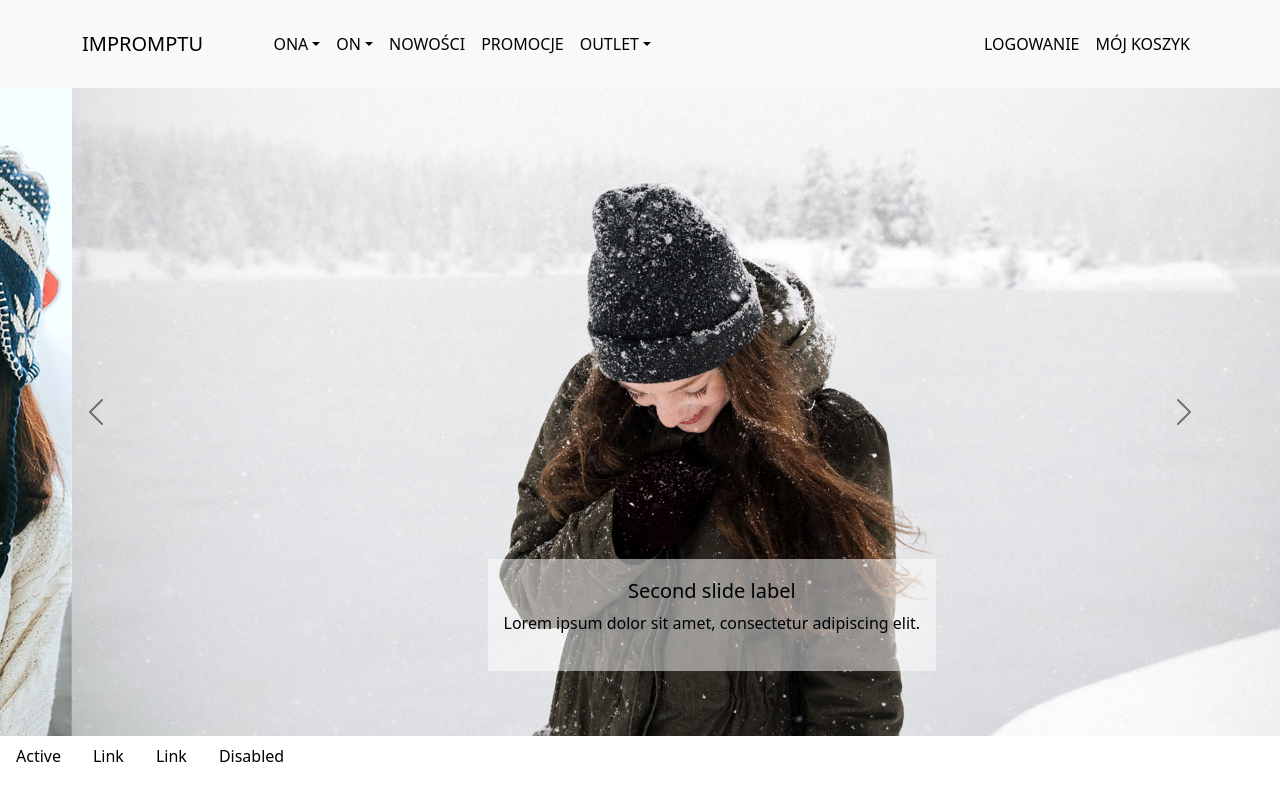
Repository: michalgornicki/Impromptu
Page: /
The author's editor kept a copy of each file at every save. The page is drawn from the files as they stood at one save, then again after a run of saves.
The browser window is 1280 px wide. The pictures show the whole page.
The project was rebuilt for these pictures with package versions that can differ from the ones it lists, and the page was loaded fresh each time.

Above is the page before, as saved 2021-12-23 13:15:20.

### src/App.jsx
import React from "react";
import "./App.css";
import "bootstrap/dist/css/bootstrap.min.css";
import Container from "react-bootstrap/Container";
import Navbar from "react-bootstrap/Navbar";
import Nav from "react-bootstrap/Nav";
import NavDropdown from "react-bootstrap/NavDropdown";
import Carousel from "react-bootstrap/Carousel";
import photo1 from "./1.jpg";
import photo2 from "./2.jpg";
import photo3 from "./3.jpg";
import photo4 from "./4.jpg";
import photo5 from "./5.jpg";

function App() {
  return (
    <p>
      <Navbar
        collapseOnSelect
        expand="lg"
        bg="light"
        variant="light"
        className="py-4 display-7 text-dark"
      >
        <Container>
          <Navbar.Brand href="#home" className="w-15">IMPROMPTU</Navbar.Brand>
          <Navbar.Toggle aria-controls="responsive-navbar-nav" />
          <Navbar.Collapse id="responsive-navbar-nav">
            <Nav className="me-auto">
              <NavDropdown title="ONA" id="collasible-nav-dropdown">
                <NavDropdown.Item href="#action/3.1">Action</NavDropdown.Item>
                <NavDropdown.Item href="#action/3.2">
                  Another action
                </NavDropdown.Item>
                <NavDropdown.Item href="#action/3.3">
                  Something
                </NavDropdown.Item>
                <NavDropdown.Divider />
                <NavDropdown.Item href="#action/3.4">
                  Separated link
                </NavDropdown.Item>
              </NavDropdown>
              <NavDropdown title="ON" id="collasible-nav-dropdown">
                <NavDropdown.Item href="#action/3.1">Action</NavDropdown.Item>
                <NavDropdown.Item href="#action/3.2">
                  Another action
                </NavDropdown.Item>
                <NavDropdown.Item href="#action/3.3">
                  Something
                </NavDropdown.Item>
                <NavDropdown.Divider />
                <NavDropdown.Item href="#action/3.4">
                  Separated link
                </NavDropdown.Item>
              </NavDropdown>
              <Nav.Link href="#pricing">NOWOŚCI</Nav.Link>
              <Nav.Link href="#pricing">PROMOCJE</Nav.Link>
              <NavDropdown title="OUTLET" id="collasible-nav-dropdown">
                <div className="flex flex-column">
                  <div className="container">
                <NavDropdown.Item href="#action/3.1">Action</NavDropdown.Item>
                <NavDropdown.Item href="#action/3.2">
                  Another action
                </NavDropdown.Item>
                <NavDropdown.Item href="#action/3.3">
                  Something
                </NavDropdown.Item>
                <NavDropdown.Divider />
                <NavDropdown.Item href="#action/3.4">
                  Separated link
                </NavDropdown.Item>
                </div>
                <div className="container">
                <NavDropdown.Item href="#action/3.1">Action</NavDropdown.Item>
                <NavDropdown.Item href="#action/3.2">
                  Another action
                </NavDropdown.Item>
                <NavDropdown.Item href="#action/3.3">
                  Something
                </NavDropdown.Item>
                <NavDropdown.Divider />
                <NavDropdown.Item href="#action/3.4">
                  Separated link
                </NavDropdown.Item>
                </div>
                </div>
              </NavDropdown>
            </Nav>
            <Nav>
              <Nav.Link href="#deets">LOGOWANIE</Nav.Link>
              <Nav.Link href="#memes">MÓJ KOSZYK</Nav.Link>
            </Nav>
          </Navbar.Collapse>
        </Container>
      </Navbar>

      <Carousel variant="dark" indicators={false}>
  <Carousel.Item>
    <img
      className="d-block w-100"
      src={photo1}
      alt="First slide"
    />
    <Carousel.Caption>
      <h5>First slide label</h5>
      <p>Nulla vitae elit libero, a pharetra augue mollis interdum.</p>
    </Carousel.Caption>
  </Carousel.Item>
  <Carousel.Item>
    <img
      className="d-block w-100"
      src={photo2}
      alt="Second slide"
    />
    <Carousel.Caption>
      <h5>Second slide label</h5>
      <p>Lorem ipsum dolor sit amet, consectetur adipiscing elit.</p>
    </Carousel.Caption>
  </Carousel.Item>
  <Carousel.Item>
    <img
      className="d-block w-100"
      src={photo3}
      alt="Third slide"
    />
    <Carousel.Caption>
      <h5>Third slide label</h5>
      <p>Praesent commodo cursus magna, vel scelerisque nisl consectetur.</p>
    </Carousel.Caption>
  </Carousel.Item>
  <Carousel.Item>
    <img
      className="d-block w-100"
      src={photo4}
      alt="Third slide"
    />
    <Carousel.Caption>
      <h5>Third slide label</h5>
      <p>Praesent commodo cursus magna, vel scelerisque nisl consectetur.</p>
    </Carousel.Caption>
  </Carousel.Item>
  <Carousel.Item>
    <img
      className="d-block w-100"
      src={photo5}
      alt="Third slide"
    />
    <Carousel.Caption>
      <h5>Third slide label</h5>
      <p>Praesent commodo cursus magna, vel scelerisque nisl consectetur.</p>
    </Carousel.Caption>
  </Carousel.Item>
</Carousel>


<Nav
  activeKey="/home"
  onSelect={(selectedKey) => alert(`selected ${selectedKey}`)}
>
  <Nav.Item>
    <Nav.Link href="/home">Active</Nav.Link>
  </Nav.Item>
  <Nav.Item>
    <Nav.Link eventKey="link-1">Link</Nav.Link>
  </Nav.Item>
  <Nav.Item>
    <Nav.Link eventKey="link-2">Link</Nav.Link>
  </Nav.Item>
  <Nav.Item>
    <Nav.Link eventKey="disabled" disabled>
      Disabled
    </Nav.Link>
  </Nav.Item>
</Nav>


    </p>
  );
}

export default App;

### src/App.css
.w-15{
    width: 15%!important;
}

.display-7{
    font-size: 1rem;
}

.nav-link {
    color: black!important;
}

.carousel img {
    height: 90vh;
    object-fit: cover;
}

.carousel-caption{
    background-color: rgba(255, 255, 255, 0.5);
    bottom: 10%!important;
    width: 35%;
    margin: auto;
}

Loaded but not shown: public/index.html (common file); src/index.js (common file); src/index.css (common file); src/reportWebVitals.js (common file)

After the next 8 saves:
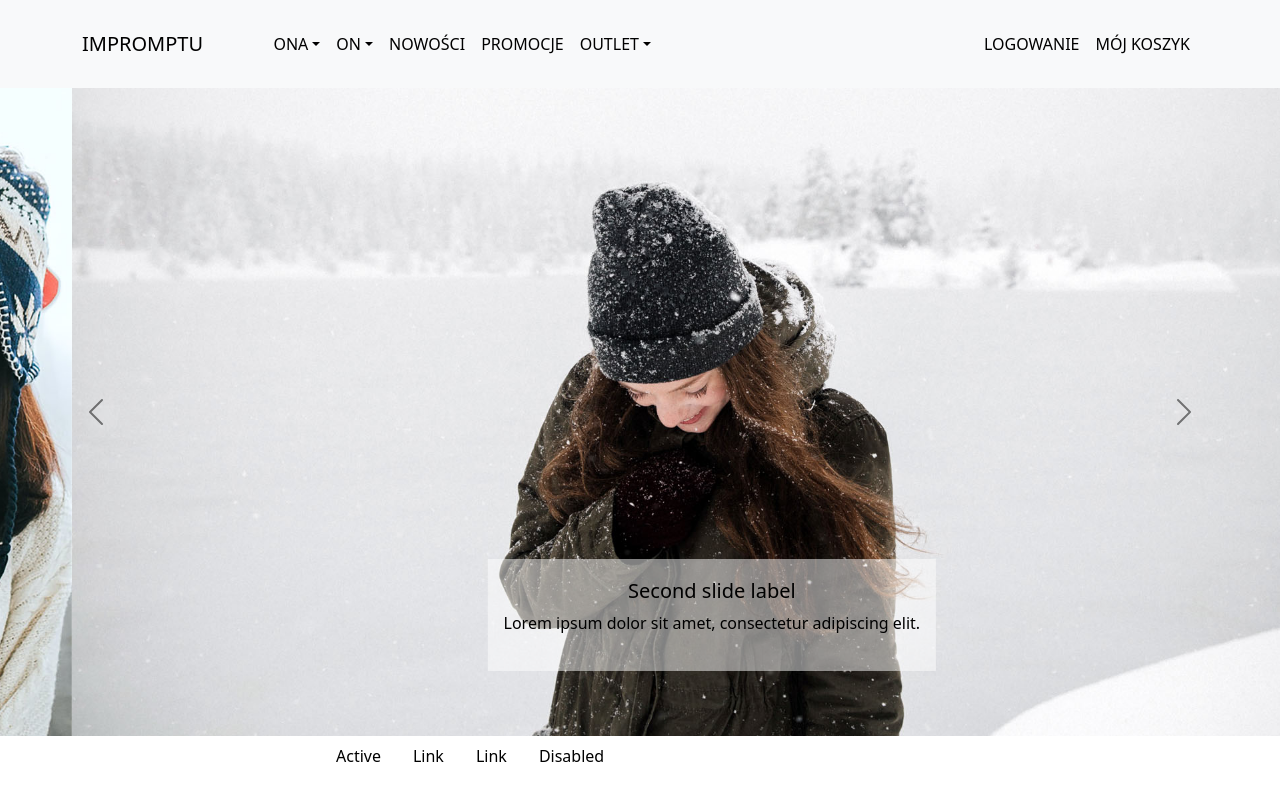
The 8 saves are shown as one change because 1 did not build or start and some came seconds apart.
The last was saved 32 s later.
--- a/src/App.jsx
+++ b/src/App.jsx
@@ -155,7 +155,7 @@ function App() {
 
 <Nav
   activeKey="/home"
-  onSelect={(selectedKey) => alert(`selected ${selectedKey}`)}
+  className="w-50 m-auto"
 >
   <Nav.Item>
     <Nav.Link href="/home">Active</Nav.Link>
